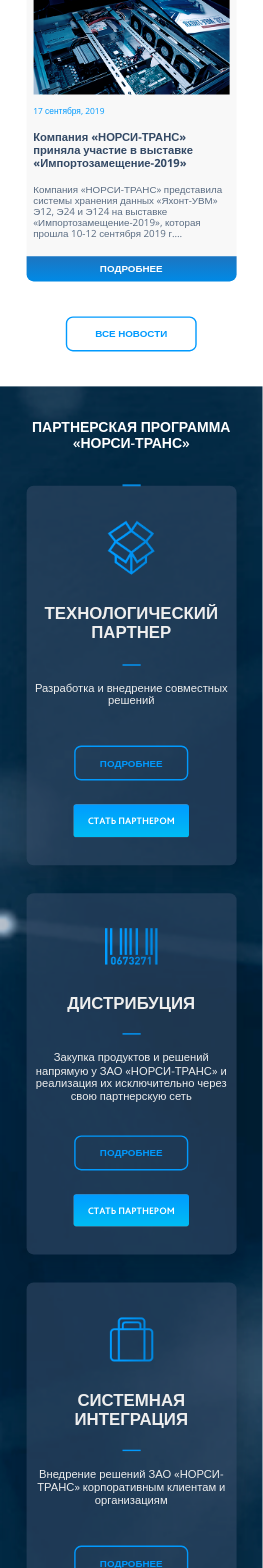
Repository: frostnn/testTaskBurbon
Page: app/index.html
These files come from the project's save history. The page is drawn as it stood at one moment and after the next save; the edit follows.
The browser window is 375 px wide. The pictures show the part of the page from y = 4260 to 6500 px (the page is 6874 px tall), at 70% of full size.
The style sheet was rebuilt from its Sass, Less or Tailwind sources for each picture, by a compiler version that may differ from the author's.

Above is the page before, as saved 2020-07-17 08:20:05.

After the next save:
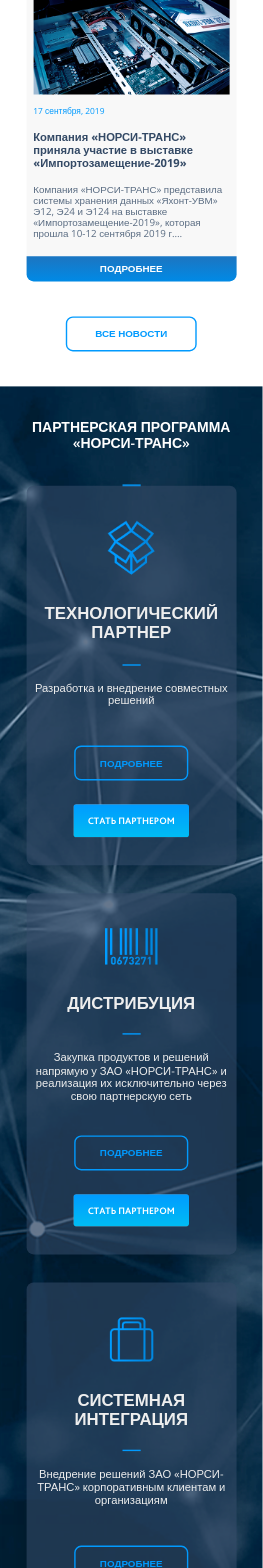
Saved 102 s later.
--- a/app/scss/_media.scss
+++ b/app/scss/_media.scss
@@ -750,6 +750,12 @@
     background-position: top;
     background-size: cover;
   }
+  .program {
+    background-image: none;
+    background-image: url('../img/bg_mob1.png');
+    background-position: top;
+    background-size: cover;
+  }
   .program-block {
     width: 300px;
 }
